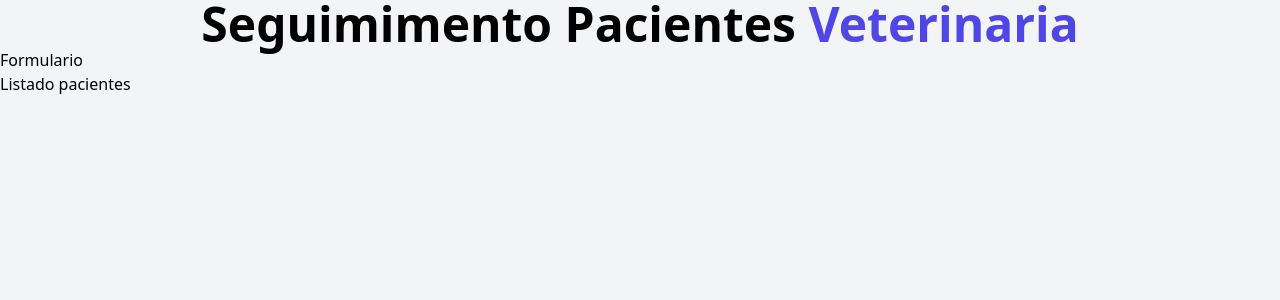
Repository: rlaureano/citas_react
Page: /
An editor plug-in stored every save of this project. The page is shown before and after the next save, followed by the edit.
The browser window is 1280 px wide. The pictures show the whole page.
The project was rebuilt for these pictures with package versions that can differ from the ones it lists, and the page was loaded fresh each time. Also part of the build but not shown: vite.config.js.

Above is the page before, as saved 2022-01-11 21:35:09.

### src/App.jsx
import Formulario from "./components/Formulario"
import Header from "./components/Header"
import ListadoPacientes from "./components/ListadoPacientes"

function App() {

  return (
    <div className="container mx-auto">
      <Header />
      <Formulario />
      <ListadoPacientes />
    </div>
  )
}

export default App

### src/components/Formulario.jsx
import React from 'react'

const Formulario = () => {
  return (
    <div className="">
      <h2>Formulario</h2>
    </div>
  )
}

export default Formulario

### src/components/Header.jsx
function Header() {
  return (

      <h1 className="font-black text-5xl text-center">Seguimimento Pacientes {''}
        <span className="text-indigo-600">Veterinaria</span>
      </h1>

  )
}

export default Header

### src/components/ListadoPacientes.jsx
import React from 'react'

const ListadoPacientes = () => {
  return (
    <div>
      <h2>Listado pacientes</h2>
    </div>
  )
}

export default ListadoPacientes

### tailwind.config.js
module.exports = {
  purge: ["./index.html", "./src/**/*.{jsx}"],
  content: [],
  theme: {
    extend: {},
  },
  plugins: [],
}

Loaded but not shown: index.html (common file); src/main.jsx (common file); src/index.css (common file)

After the next save:
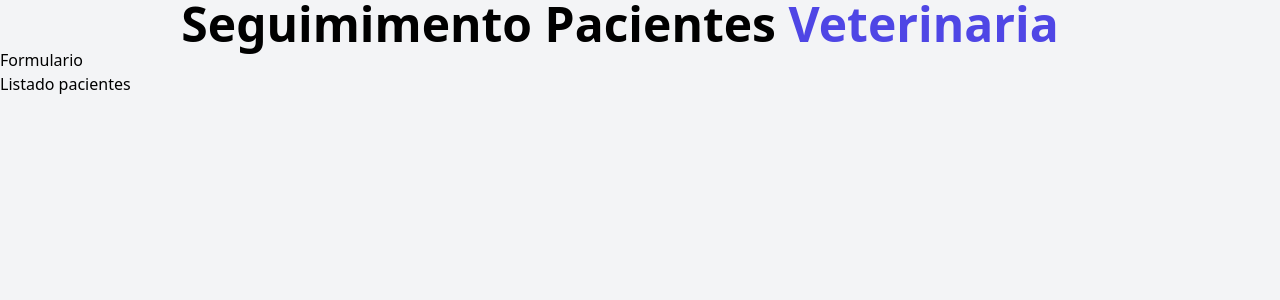
Saved 48 s later.
--- a/src/components/Header.jsx
+++ b/src/components/Header.jsx
@@ -1,7 +1,7 @@
 function Header() {
   return (
 
-      <h1 className="font-black text-5xl text-center">Seguimimento Pacientes {''}
+      <h1 className="font-black text-5xl text-center mr-10 w-1/1">Seguimimento Pacientes {''}
         <span className="text-indigo-600">Veterinaria</span>
       </h1>
 
